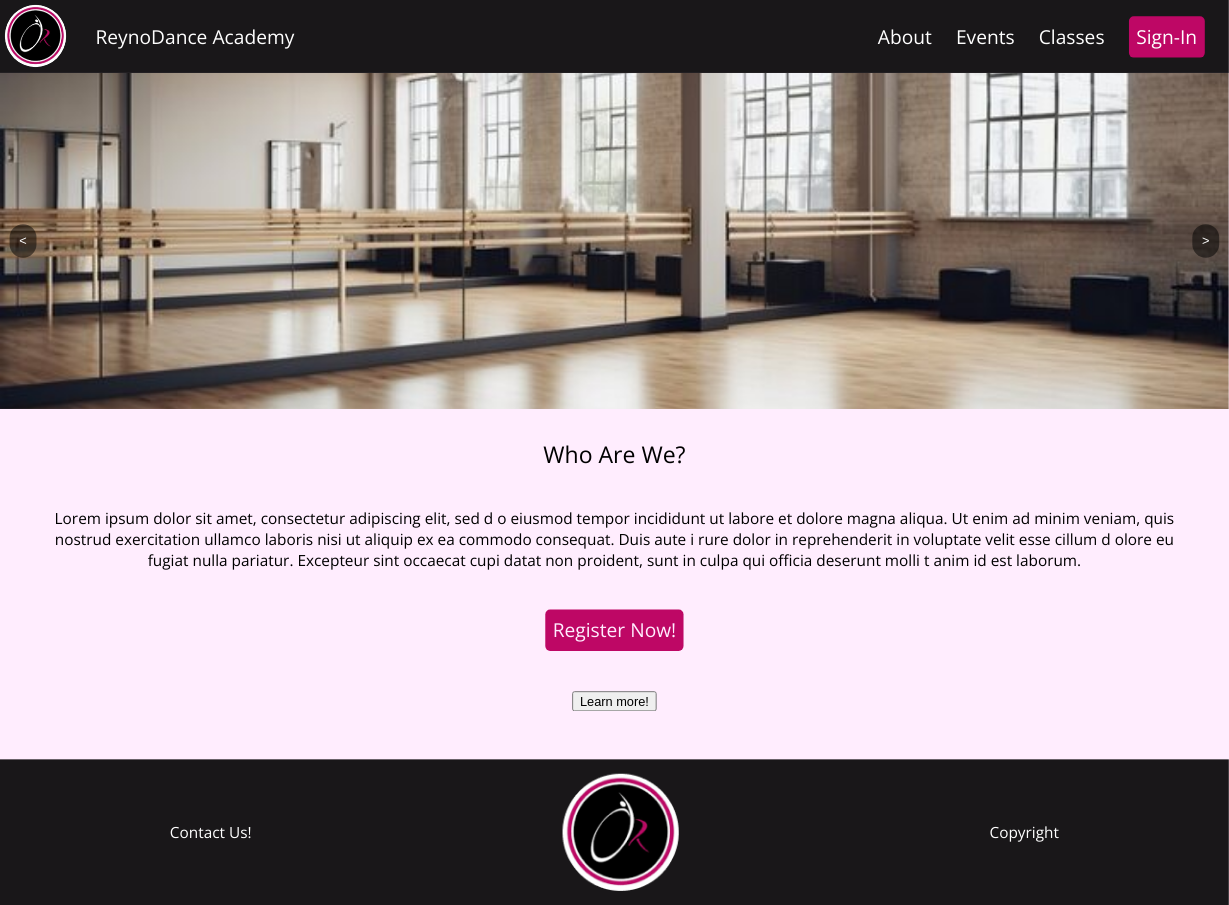
Repository: andreaelpz/reynodance-academy
Page: /
These files come from the project's save history. The page is drawn as it stood at one moment and after the next save; the edit follows.
The browser window is 1280 px wide. The pictures show the whole page, at 96% of full size.
The project was rebuilt for these pictures with package versions that can differ from the ones it lists, and the page was loaded fresh each time. Also part of the build but not shown: angular.json, src/app/about/about.component.ts, src/app/classes/classes.component.ts, src/app/events/events.component.ts, src/app/user/sign-in/sign-in.component.ts, src/app/dashboard/dashboard.component.ts, src/app/user/register/register.component.ts, src/app/login/login.component.ts.

Above is the page before, as saved 2024-11-19 23:27:26.

### src/index.html
<!doctype html>
<html lang="en">
<head>
  <meta charset="utf-8">
  <title>ReynodanceAcademy</title>
  <base href="/">
  <meta name="viewport" content="width=device-width, initial-scale=1">
  <link rel="icon" type="image/x-icon" href="/assets/images/logo.png">
</head>
<body>
  <app-root></app-root>
</body>
</html>

### src/styles.css
/* You can add global styles to this file, and also import other style files */
@import url('https://fonts.googleapis.com/css2?family=Open+Sans:wght@300;400;500;600;700;800&display=swap');

:root {
  --black: rgb(0,0,0,.9);
  --lightPink: #FFEDFE;
  --hotPink: #BE0765;
}

body {
  margin: 0;
  background: var(--lightPink);
  font-family: 'Open Sans', sans-serif;
  font-weight: 300;
  color: white;
}

### src/app/app.module.ts
import { NgModule } from '@angular/core';
import { BrowserModule } from '@angular/platform-browser';
import { FormsModule } from '@angular/forms';
import { AppRoutingModule } from './app-routing.module';

import { AppComponent } from './app.component';
import { NavbarComponent } from './navbar/navbar.component';
import { AboutComponent } from './about/about.component';
import { ClassesComponent } from './classes/classes.component';
import { EventsComponent } from './events/events.component';
import { RegisterComponent } from './user/register/register.component';
import { LoginComponent } from './login/login.component';
import { SignInComponent } from './user/sign-in/sign-in.component';
import { DashboardComponent } from './dashboard/dashboard.component';
import { HomeComponent } from './home/home.component';
import { FooterComponent } from './footer/footer.component';

@NgModule({
  declarations: [
    AppComponent,
    NavbarComponent,
    AboutComponent,
    ClassesComponent,
    EventsComponent,
    RegisterComponent,
    LoginComponent,
    SignInComponent,
    DashboardComponent,
    HomeComponent,
    FooterComponent
  ],
  imports: [
    BrowserModule,
    AppRoutingModule,
    FormsModule
  ],
  providers: [],
  bootstrap: [AppComponent]
})
export class AppModule { }

### src/app/app-routing.module.ts
import { NgModule } from '@angular/core';
import { RouterModule, Routes } from '@angular/router';
import { AboutComponent } from './about/about.component';
import { ClassesComponent } from './classes/classes.component';
import { EventsComponent } from './events/events.component';
import { SignInComponent } from './user/sign-in/sign-in.component';
import { DashboardComponent } from './dashboard/dashboard.component';
import { HomeComponent } from './home/home.component';
import { RegisterComponent } from './user/register/register.component';

const routes: Routes = [
  {path: 'about', component: AboutComponent, title:"About - ReynoDance"},
  {path: 'classes', component: ClassesComponent, title:"Classes - ReynoDance"},
  {path: 'events', component: EventsComponent, title:"Events - ReynoDance"},
  {path: 'register', component: RegisterComponent, title:"Register - ReynoDance"},
  {path: 'sign-in', component: SignInComponent, title:"Sign-In - ReynoDance"},
  {path: 'dashboard', component: DashboardComponent, title:"Dashboard - ReynoDance"},
  {path: '', component: HomeComponent, title:"ReynoDance Academy"}
];

@NgModule({
  imports: [RouterModule.forRoot(routes)],
  exports: [RouterModule]
})
export class AppRoutingModule { }

### src/app/app.component.ts
import { Component } from '@angular/core';

@Component({
  selector: 'app-root',
  templateUrl: './app.component.html',
  styleUrls: ['./app.component.css']
})
export class AppComponent {
  title = 'reynodance-academy';
}

### src/app/home/home.component.ts
import { Component } from '@angular/core';

@Component({
  selector: 'app-home',
  templateUrl: './home.component.html',
  styleUrls: ['./home.component.css']
})
export class HomeComponent {
  images: string[] = ['studio.jpg', 'girls.jpg', 'solo.jpg'];
  currentIndex: number = 0;

  nextPic(): number{
    this.currentIndex++;

    if (this.currentIndex === this.images.length){
      this.currentIndex = 0;
    }

    return this.currentIndex;
  }

  prevPic(): number{
    if (this.currentIndex === 0){
      this.currentIndex = this.images.length - 1;
      return this.currentIndex;
    }

    this.currentIndex--;

    return this.currentIndex;
  }

  getImagePath(): string{
    return `/assets/images/${this.images[this.currentIndex]}`;
  }
}

### src/app/navbar/navbar.component.html
<div class = "container">
  <div class = "left">
    <a href = ""> <img class = "logo" src="/assets/images/logo.png" alt="Logo"/> </a>
    <a href = "">ReynoDance Academy</a>
  </div>
  <div class = "right">
    <a href = "/about">About</a>
    <a href = "/events">Events</a>
    <a href = "/classes">Classes</a>
    <a class = "sign-in" href = "/sign-in">Sign-In</a>
  </div>
</div>

### src/app/navbar/navbar.component.css
.container{
  display: flex;
  justify-content: space-between;
  font-size: 20px;
  background-color: var(--black);
}

.left{
  display: flex;
  align-items: center;
  margin-left: 5px;
}

.left *{
  margin-right: 15px;
}

.logo{
  height: 65px;
  border-radius: 100%;
  margin-top: 5px;
}

.right{
  display: flex;
  align-items: center;
  margin-right: 25px;
}

.right *{
  margin-left: 25px;
}

a{
  text-decoration: none;
  color: white;
}

.sign-in{
  background-color: var(--hotPink);
  padding: 8px;
  border-radius: 5px;
}

.sign-in:hover{
  border-color: 10px solid var(--hotPink);
  background-color: #FFEDFE;
  color: var(--hotPink);
  font-size: 18px;
  font-weight: 400;
  border-color: var(--hotPink)
}

### src/app/home/home.component.html

    <div class = "pictures">
        <button type = "picsButton" (click) = prevPic()><</button>
        <img alt = "ReynoDance" [src]="getImagePath()">
        <button type = "picsButton" (click) = nextPic()>></button>
    </div>
<div class = "container">
    <div class = "intro">
        <div class = "title">Who Are We?</div>
        <div class = "summary">
            Lorem ipsum dolor sit amet, consectetur adipiscing elit, sed d
            o eiusmod tempor incididunt ut labore et dolore magna aliqua.
            Ut enim ad minim veniam, quis nostrud exercitation ullamco
            laboris nisi ut aliquip ex ea commodo consequat. Duis aute i
            rure dolor in reprehenderit in voluptate velit esse cillum d
            olore eu fugiat nulla pariatur. Excepteur sint occaecat cupi
            datat non proident, sunt in culpa qui officia deserunt molli
            t anim id est laborum.
        </div>
    </div>

    <div>
        <button type = "button" [routerLink] = "['/register']" class = "register">Register Now!</button>
    </div>

    <div>
        <button type = "button" [routerLink] = "['/about']" class = "learnMore">Learn more!</button>
    </div>

</div>

### src/app/home/home.component.css
.pictures {
  display: flex;
  width: 100%;
  height: 350px;
  flex-direction: row;
  justify-content: space-between;
  overflow: hidden;
  position: relative;
}

img {
  width: 100%;
  height: 100%;
  object-fit: cover; /* crop excess */
}

.pictures button {
  position: absolute;
  top: 50%;
  transform: translateY(-50%);
  background-color: rgba(0, 0, 0, 0.5);
  color: white;
  border: none; /* Remove borders */
  padding: 10px;
  cursor: pointer;
  border-radius: 25px;
}

.pictures button:hover {
  background-color: rgba(0, 0, 0, 0.7);
}

.pictures button:first-of-type {
  left: 10px;
}

.pictures button:last-of-type {
  right: 10px;
}

.container{
  color:black;
  display:flex;
  flex-direction: column;
  justify-content: center;
  align-items: center;
  padding: 30px 50px 50px 50px;
}

.title{
  text-align: center;
  display: flex;
  justify-content: center;
  margin-bottom: 40px;
  font-size: 24px;
  font-weight:400;
}

.summary{
    text-align: center;
    display: flex;
    justify-content: center;
    margin-bottom: 40px;
}

.register{
  background-color: var(--hotPink);
  padding: 8px;
  border-radius: 5px;
  border: none;
  color: var(--lightPink);
  font-family: 'Open Sans', sans-serif;
  font-size: 20px;
  margin-bottom: 40px;
}

.register:hover{
  border-color: 10px solid var(--hotPink);
  background-color: var(--black);
  color: white;
  font-size: 19px;
  font-weight: 400;
  cursor: pointer;
}


.register{
  background-color: var(--hotPink);
  padding: 8px;
  border-radius: 5px;
  border: none;
  color: var(--lightPink);
  font-family: 'Open Sans', sans-serif;
  font-size: 20px;
  margin-bottom: 40px;
}

.register:hover{
  border-color: 10px solid var(--hotPink);
  background-color: var(--black);
  color: white;
  font-size: 19px;
  font-weight: 400;
  cursor: pointer;
}

### src/app/footer/footer.component.html
<div class = "container">
    <div class = "links">Contact Us!</div>
    <img class = "logo" src="/assets/images/logo.png">
    <div class = "copyright">Copyright</div>
</div>

### src/app/footer/footer.component.css
.container{
    background-color: var(--black);
    display: flex;
    flex-direction: row;
    justify-content: space-around;
    padding: 15px;
    align-items: center;
}

Loaded but not shown: src/main.ts (common file); src/app/navbar/navbar.component.ts (common file); src/app/footer/footer.component.ts (common file); src/app/app.component.html (common file); src/app/app.component.css (no stored copy; drawn as an empty file)

After the next save:
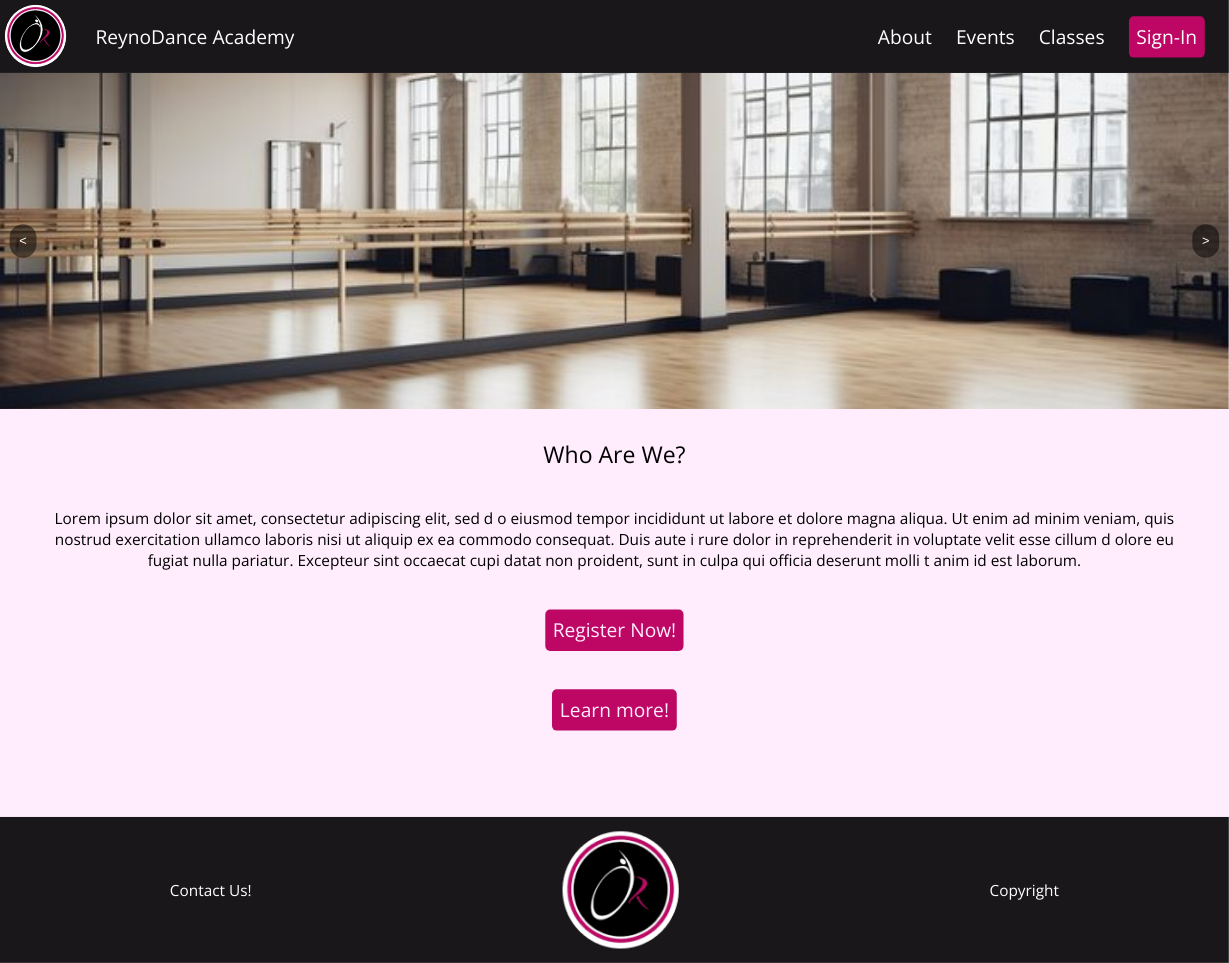
Saved 6 s later.
--- a/src/app/home/home.component.css
+++ b/src/app/home/home.component.css
@@ -84,7 +84,7 @@ img {
 }
 
 
-.register{
+.learnMore{
   background-color: var(--hotPink);
   padding: 8px;
   border-radius: 5px;
